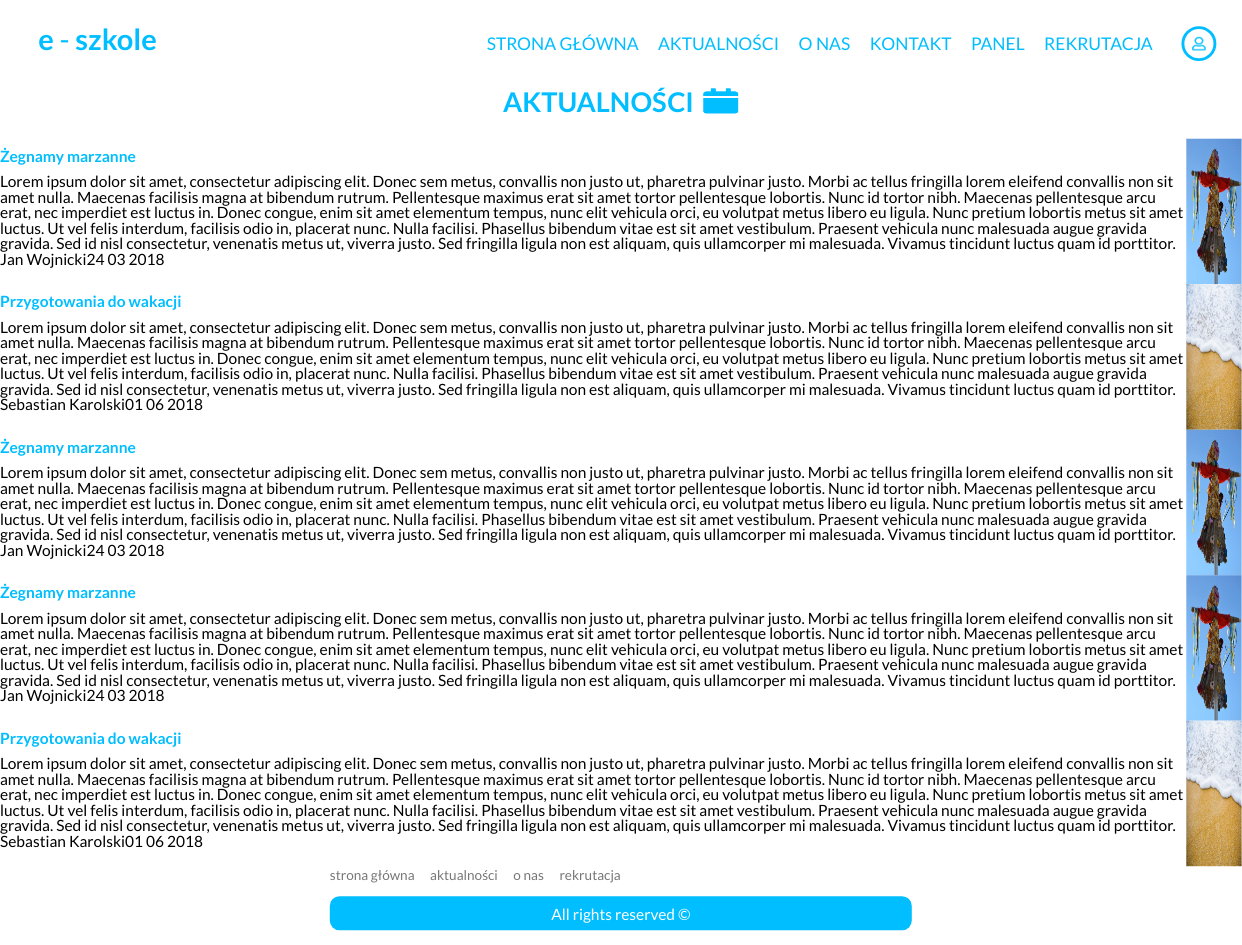
Repository: Votex874/e-szkole
Page: /blog (app in app/)
The author's editor kept a copy of each file at every save. The page is drawn from the files as they stood at one save, then again after the next save.
The browser window is 1280 px wide. The pictures show the whole page, at 97% of full size.
The project was rebuilt for these pictures with package versions that can differ from the ones it lists, and the page was loaded fresh each time. Also part of the build but not shown: app/src/components/News/Title/index.js, app/src/components/News/Content/index.js, app/src/components/News/Avatar/index.js, app/src/components/News/Footer/index.js, app/src/components/News/index.js, app/src/components/AboutUs/Content/index.js, app/src/components/AboutUs/index.js, app/src/components/Graduates/ListItem/index.js and 11 more.

Above is the page before, as saved 2019-03-05 19:11:12.

After the next save:
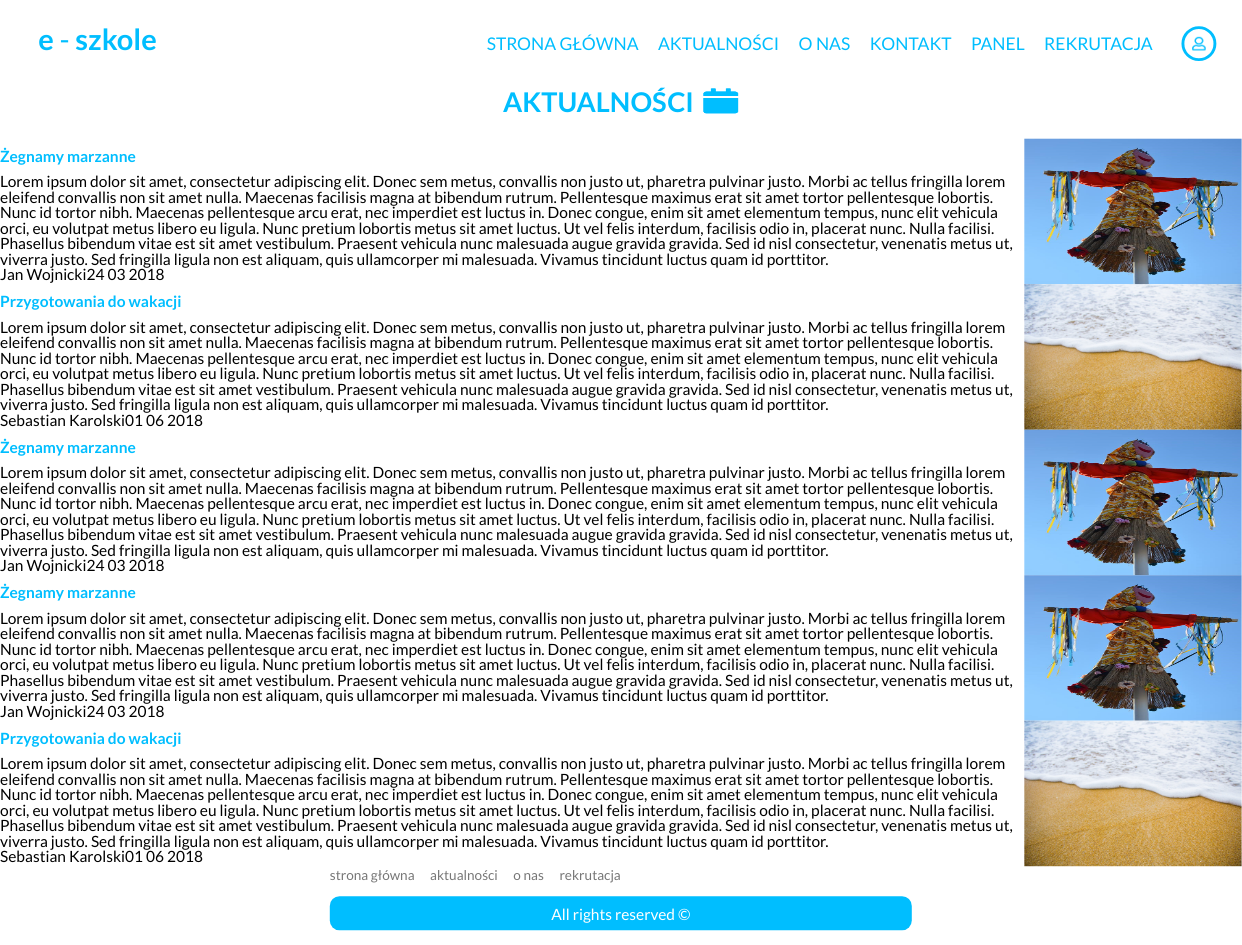
Saved 106 s later.
--- a/app/src/components/Blog/Post/Avatar/index.js
+++ b/app/src/components/Blog/Post/Avatar/index.js
@@ -7,7 +7,7 @@
 `
 
 const ContainerImg = styled.div`
-  width: 280px;
+  width: 100%;
   height: 150px;
   margin: 0 auto;
   @media (max-width: 767px){

After the save that followed:
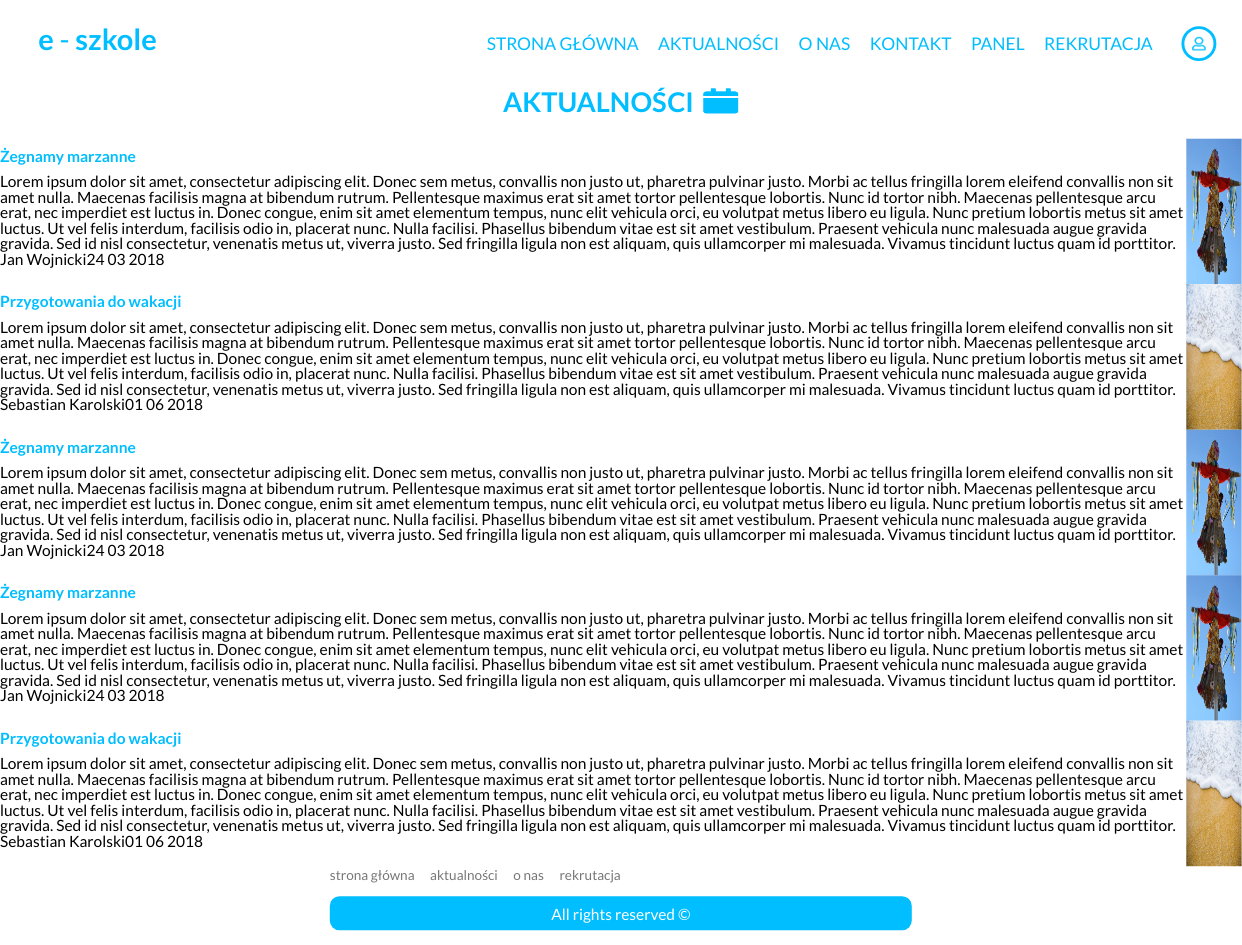
Saved 18 s later.
--- a/app/src/components/Blog/Post/Avatar/index.js
+++ b/app/src/components/Blog/Post/Avatar/index.js
@@ -7,7 +7,7 @@
 `
 
 const ContainerImg = styled.div`
-  width: 100%;
+  width: 280px;
   height: 150px;
   margin: 0 auto;
   @media (max-width: 767px){
